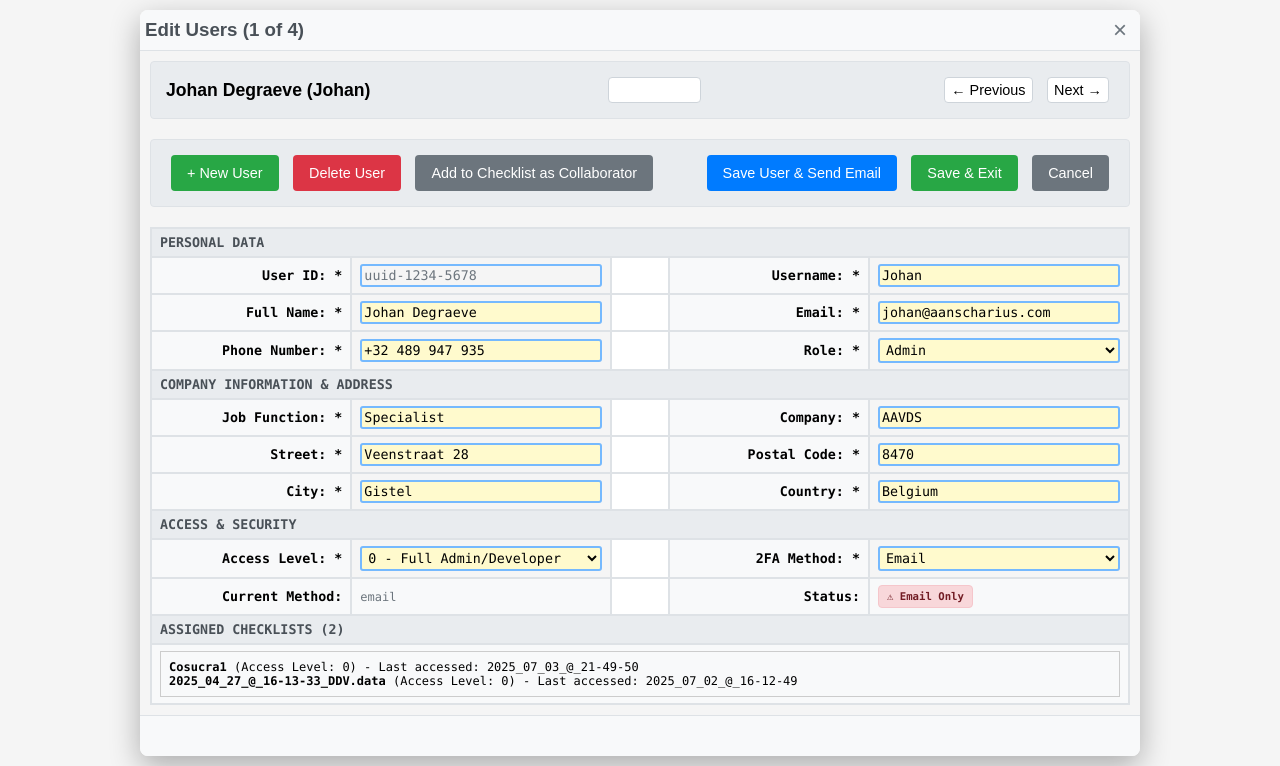
Repository: jeedee23/checklistrepo
Page: checklists/user-management-demo.html
An editor plug-in stored every save of this project. The page is shown before and after the next save, followed by the edit.
The browser window is 1280 px wide. The pictures show the whole page.

Above is the page before, as saved 2025-07-04 14:22:34.

After the next save:
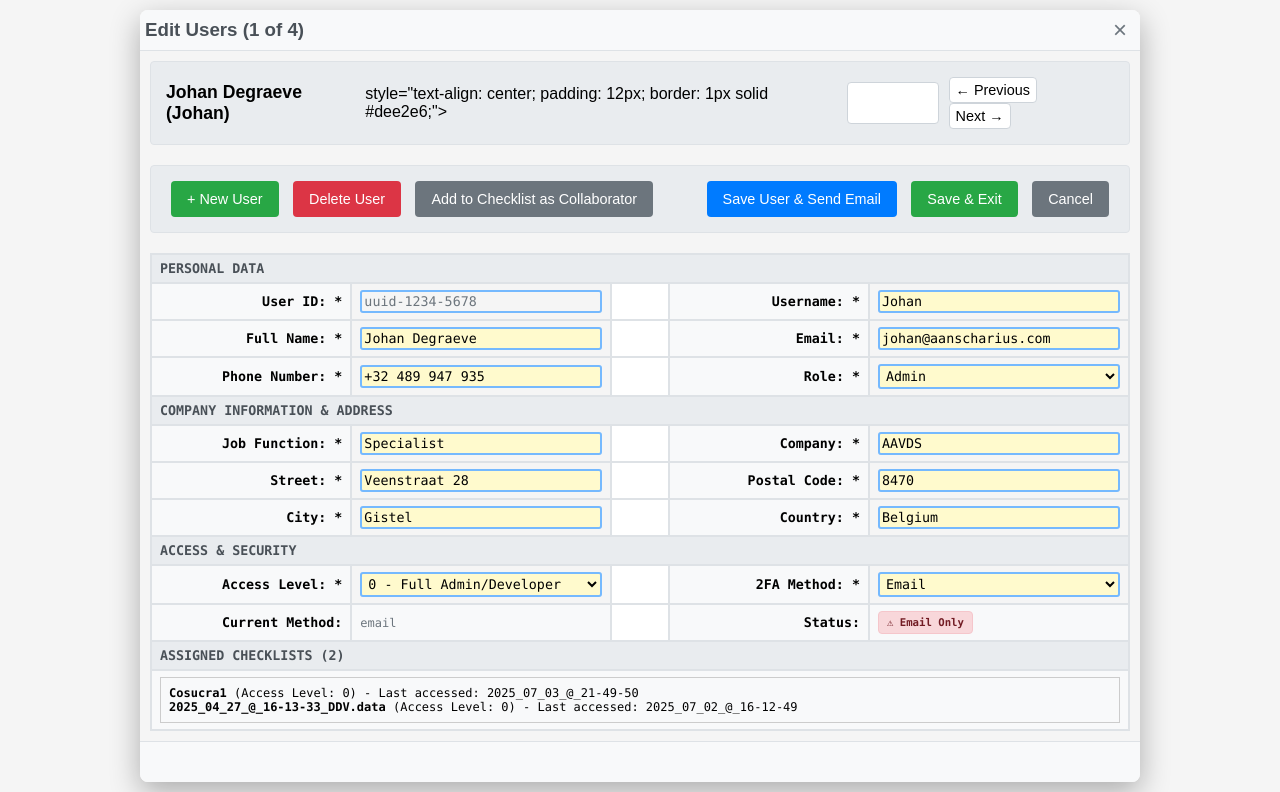
Saved 56 s later.
--- a/checklists/user-management-demo.html
+++ b/checklists/user-management-demo.html
@@ -222,9 +222,9 @@
         <div class="modal-body">
             <div class="user-navigation">
                 <span>Johan Degraeve (Johan)</span>
-                <td colspan="5" style="text-align: center; padding: 12px; border: 1px solid #dee2e6;">
+                <span></span> style="text-align: center; padding: 12px; border: 1px solid #dee2e6;">
                         <button class="btn btn-secondary">Setup TOTP</button>
-                    </td>
+            </span>
                 <div>
                     <button>← Previous</button>
                     <button>Next →</button>

After the save that followed:
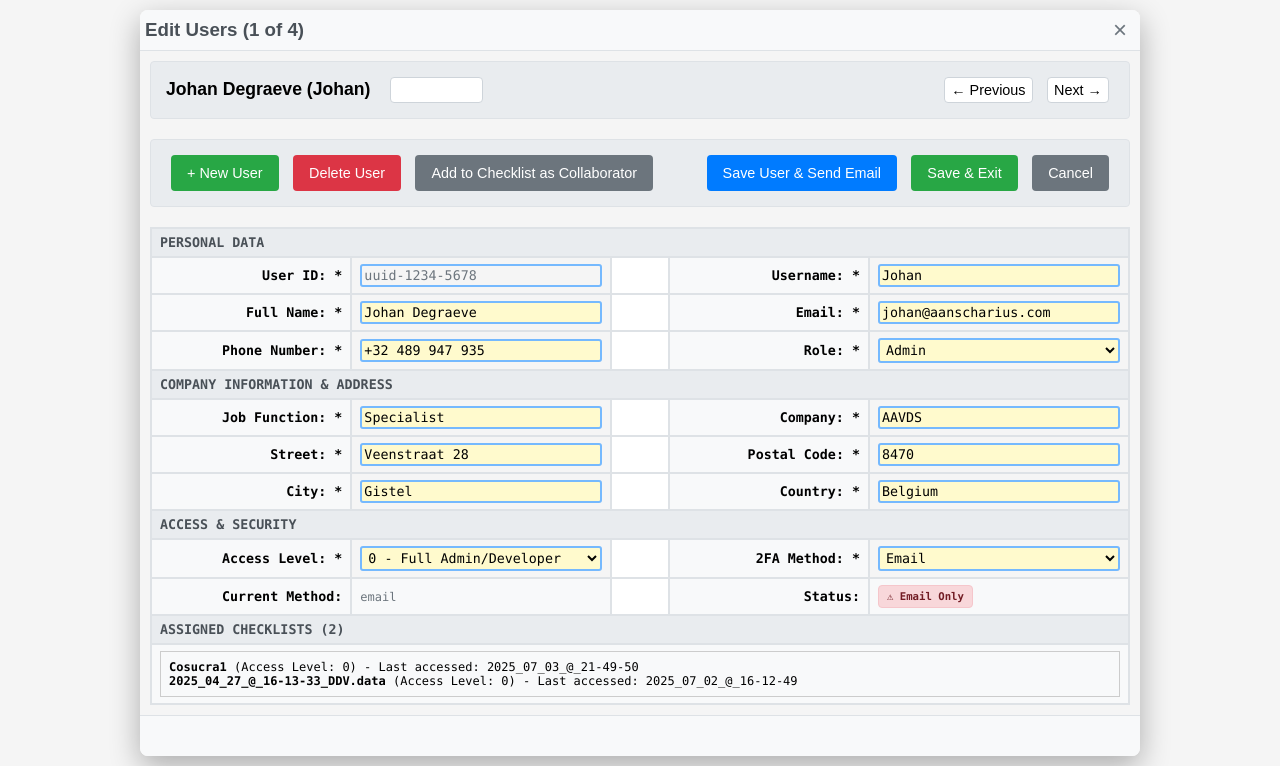
Saved 77 s later.
--- a/checklists/user-management-demo.html
+++ b/checklists/user-management-demo.html
@@ -221,10 +221,10 @@
 
         <div class="modal-body">
             <div class="user-navigation">
-                <span>Johan Degraeve (Johan)</span>
-                <span></span> style="text-align: center; padding: 12px; border: 1px solid #dee2e6;">
-                        <button class="btn btn-secondary">Setup TOTP</button>
-            </span>
+                <div>
+                    <span>Johan Degraeve (Johan)</span>
+                    <button class="btn btn-secondary" style="margin-left: 15px;">Setup TOTP</button>
+                </div>
                 <div>
                     <button>← Previous</button>
                     <button>Next →</button>
